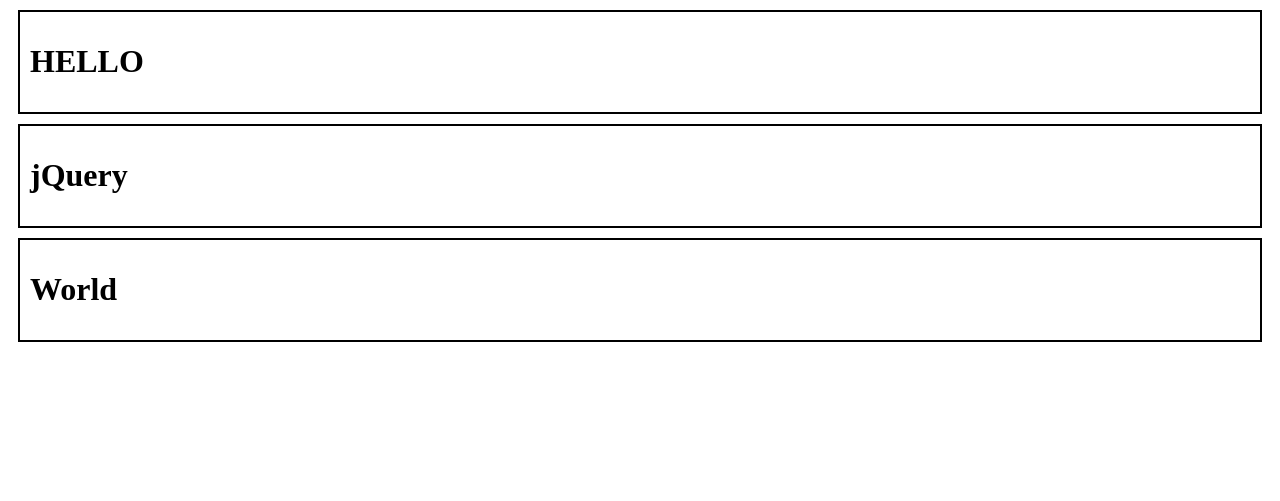
Repository: Shinhan1/shinhan
Page: http://localhost/web_goott/w20200323/jQueryEx04.jsp
An editor plug-in stored every save of this project. The page is shown before and after the next save, followed by the edit.
The browser window is 1280 px wide. The pictures show the whole page.
After loading, the first visible `div` was clicked once.
The page is served by Tomcat 9.

Above is the page before, as saved 2020-03-23 06:05:41.

After the next save:
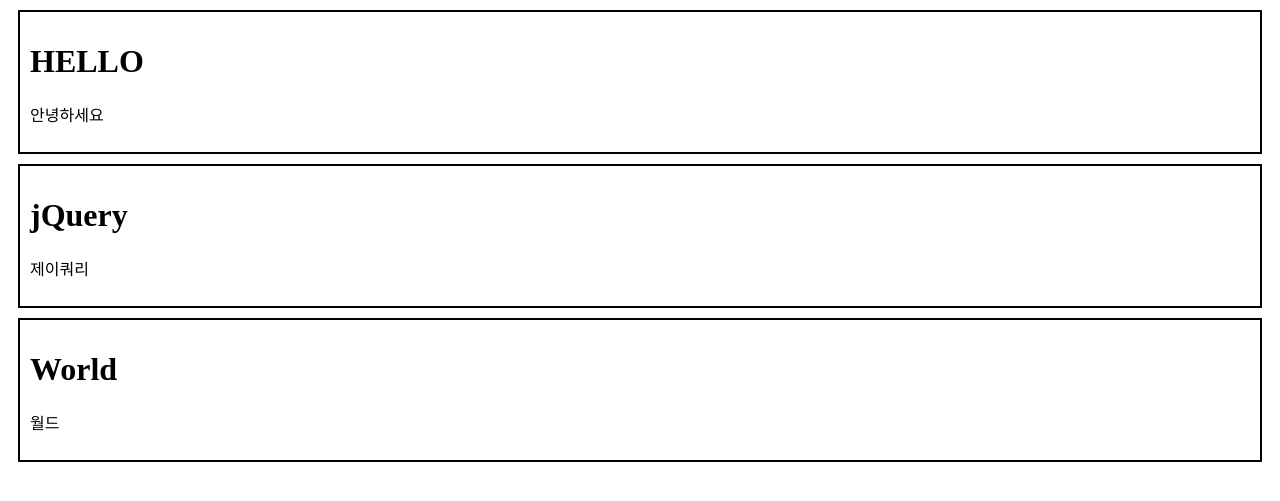
Saved 26 s later.
--- a/web_goott/WebContent/w20200323/jQueryEx04.jsp
+++ b/web_goott/WebContent/w20200323/jQueryEx04.jsp
@@ -18,7 +18,7 @@
 <script type="text/javascript">
 	$(document).ready(function(){
 		$("div").click(function(){
-			console.log($('p').slideUp());
+			console.log($('p').slideDown());
 
 
 		});
